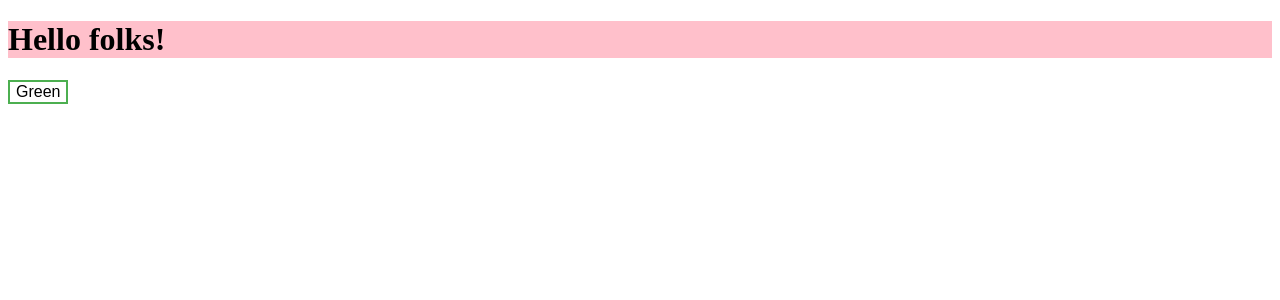
Repository: aakriti-tech/GlobalLogic
Page: Akki/WebContent/index.html
These files come from the project's save history. The page is drawn as it stood at one moment and after the next save; the edit follows.
The browser window is 1280 px wide. The pictures show the whole page.

Above is the page before, as saved 2022-08-01 05:46:00.

After the next save:
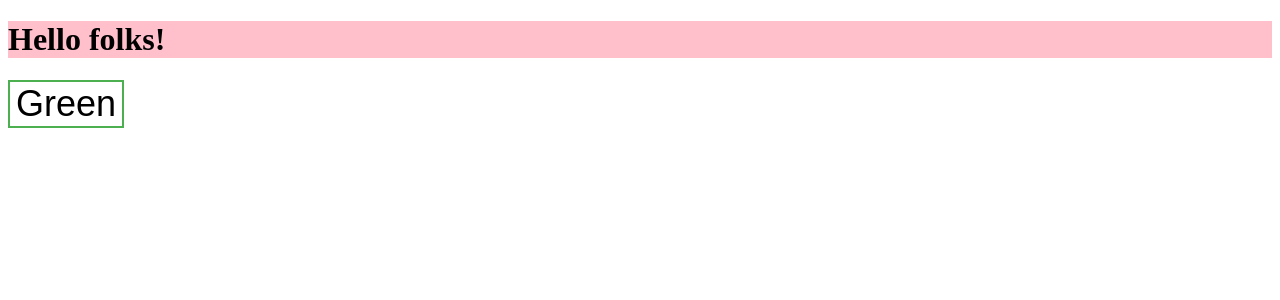
Saved 24 s later.
--- a/Akki/WebContent/index.html
+++ b/Akki/WebContent/index.html
@@ -8,7 +8,7 @@
   background-color: white;
   color: black;
   border: 2px solid #4CAF50;
-  font-size: 16px;
+  font-size: 36px;
 }
 
 .button1:hover {
